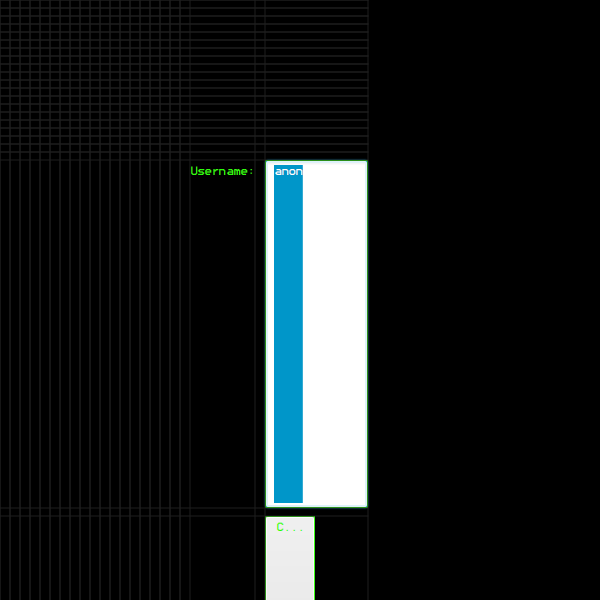
Repository: silic4-ivey/River
Program's window: java RiverClient/src/Main.java
An editor plug-in stored every save of this project. The program's window is shown before and after the next save, followed by the edit.
It runs on Java 21 on a 1366 x 768 screen with JavaFX 11; the title bar is not drawn. It also reads RiverClient/resources/fonts/Modeseven-L3n5.ttf.

Above is the program's window before, as saved 2021-08-16 19:10:25.

### RiverClient/src/Main.java
import javafx.application.Application;
import javafx.event.ActionEvent;
import javafx.event.EventHandler;
import javafx.scene.Scene;
import javafx.scene.control.Button;
import javafx.scene.layout.StackPane;
import javafx.stage.Stage;
public class Main extends Application{

	private MainUI mainUI;

	public static void main(String args[]) {
		launch (args);
	}

	@Override
	public void start(Stage primaryStage) throws Exception{

		mainUI = new MainUI(primaryStage);

	}
}

### RiverClient/src/MainUI.java
import javafx.geometry.Pos;
import java.io.FileInputStream;
import java.io.FileNotFoundException;
import java.io.File;
import javafx.scene.Scene;
import javafx.scene.control.Button;
import javafx.scene.layout.StackPane;
import javafx.scene.layout.VBox;
import javafx.scene.paint.Color;
import javafx.stage.Stage;
import javafx.scene.control.TextField;
import java.util.Random;
import javafx.scene.layout.GridPane;
import javafx.scene.control.Label;
import javafx.scene.text.Font;
import javafx.scene.text.Text;
import javafx.scene.control.ScrollPane;

public class MainUI {

	private RiverClient rc;
	private String userName = "anon";
	private int size = 600;
	private Stage window;
	private Text textBox = new Text();
	private final String modeSeven = "Modeseven-L3n5.ttf";
	private final String fontPath = "./resources/fonts/";

	public MainUI(Stage primaryStage) throws Exception{
		window = primaryStage;

		Label userLbl = new Label("Username:");
		TextField text = new TextField("anon");


		Button connectButton = new Button("Connect");
		connectButton.setOnAction(e ->startConnection(text.getText()));   ///////////////////////////////

		//VBox layout1 = new VBox();
		//layout1.getChildren().addAll(userLbl,text,connectButton);

		try {
			Font terminalFont = Font.loadFont(new FileInputStream(new File(fontPath + modeSeven)),12);

			text.setFont(terminalFont);
			userLbl.setFont(terminalFont);
			connectButton.setFont(terminalFont);


		}catch(FileNotFoundException e) {
			e.printStackTrace();
		}

		text.setStyle("-fx-text-inner-color: #39ff14");
		text.setStyle("-fx-control-inner-background: black");
		text.setStyle("-fx-border-color: #39ff14");

		userLbl.setTextFill(Color.web("#39ff14"));

		connectButton.setTextFill(Color.web("#39ff14"));
		connectButton.setStyle("-fx-background-color: black");
		connectButton.setStyle("-fx-border-color: #39ff14");

		connectButton.setMaxSize(50, 20);


		GridPane layout1 = new GridPane();

		layout1.setVgap(8);
		layout1.setHgap(10);

		/*layout1.add(userLbl, size/2 -1, size/2);
		layout1.add(text, size/2, size/2);
		layout1.add(connectButton, size/2, size/2 -1);*/

		GridPane.setConstraints(userLbl, 19, 20);
		GridPane.setConstraints(text, 20, 20);
		GridPane.setConstraints(connectButton, 20, 21);

		layout1.getChildren().addAll(userLbl,text,connectButton);

		layout1.setGridLinesVisible(true);
		layout1.setStyle("-fx-background-color: #000000");

		Scene scene1 = new Scene(layout1, size, size, Color.BLACK);
		//scene1.setFill(Color.BLACK);

		window.setScene(scene1);
		window.setTitle("The River");
		window.show();

		/*RiverClient cs = RiverClient.getInstance();
		cs.writeTo();
		cs.closeAccess();*/
	}

	public void startConnection(String userName) {
		initializeClient();  ///////////////////////////////////////////////////
		setUser(userName);
		switchStage();
	}

	public void initializeClient() {
		rc = RiverClient.getInstance();
	}

	public void setUser(String userName) {
		this.userName = userName;
	}

	public void switchStage() {

		ServerReader sr = new ServerReader(rc, this);

		Label userLbl = new Label(userName + ": ");
		TextField text = new TextField("Type Here");

		Button sendButton = new Button("Send");
		sendButton.setOnAction(e -> rc.writeTo(text.getText(), userName));   /////////////////////////////// create a logoff button

		Button logoffButton = new Button("Logoff");
		logoffButton.setOnAction(e -> rc.closeAccess());   /////////////////////////////// create a logoff button

		//Text textBox = new Text();


		GridPane layout1 = new GridPane();

		layout1.setVgap(8);
		layout1.setHgap(10);

		GridPane.setConstraints(userLbl, 19, 2);
		GridPane.setConstraints(text, 20, 2);
		GridPane.setConstraints(sendButton, 21, 2);
		GridPane.setConstraints(logoffButton, 22, 2);
		GridPane.setConstraints(textBox,20,0);


		layout1.getChildren().addAll(userLbl,text,sendButton, textBox, logoffButton);

		ScrollPane scrollPane = new ScrollPane();
		scrollPane.setPrefSize(1, 1);
		scrollPane.setContent(textBox);
		scrollPane.setVbarPolicy(ScrollPane.ScrollBarPolicy.ALWAYS);
		scrollPane.setHbarPolicy(ScrollPane.ScrollBarPolicy.ALWAYS);

		layout1.setGridLinesVisible(false); ////////// delete after
		Scene scene2 = new Scene(layout1, size, size);
		scene2.setFill(Color.BLACK);



		sr.start();  /////////////////////////////////

		window.setScene(scene2);
		window.setTitle("The River");
		window.show();

	}


	public void updateText(String s) {

		textBox.setText(textBox.getText() + "\n" + s);


	}



}

After the next save:
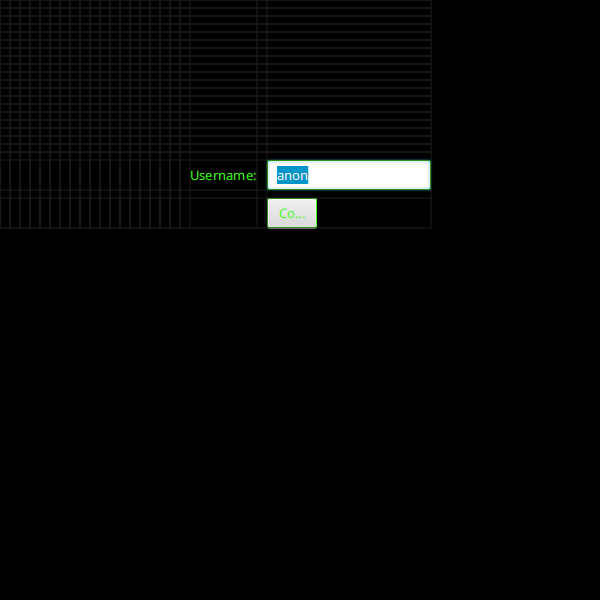
Saved 17 min 53 s later.
--- a/RiverClient/src/MainUI.java
+++ b/RiverClient/src/MainUI.java
@@ -39,7 +39,7 @@
 		//VBox layout1 = new VBox();
 		//layout1.getChildren().addAll(userLbl,text,connectButton);
 
-		try {
+		/*try {
 			Font terminalFont = Font.loadFont(new FileInputStream(new File(fontPath + modeSeven)),12);
 
 			text.setFont(terminalFont);
@@ -49,7 +49,7 @@
 
 		}catch(FileNotFoundException e) {
 			e.printStackTrace();
-		}
+		}*/
 
 		text.setStyle("-fx-text-inner-color: #39ff14");
 		text.setStyle("-fx-control-inner-background: black");
